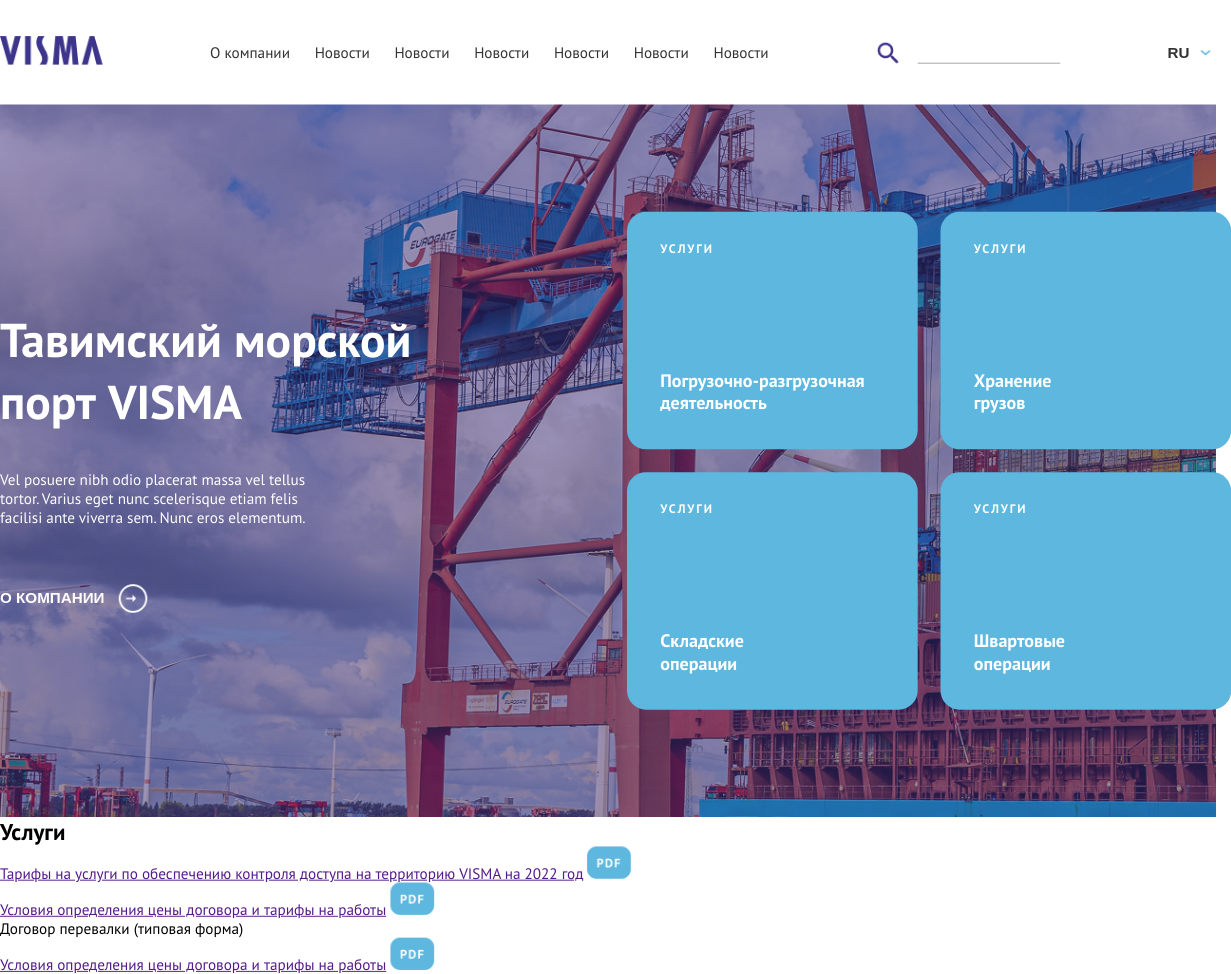
Repository: Shaiyr1/Visma
Page: index.html
These files come from the project's save history. The page is drawn as it stood at one moment and after the next save; the edit follows.
The browser window is 1280 px wide. The page is 1296 px wide, so the pictures cover 1296 px, including what lies to the right of the window. The pictures show the whole page, at 95% of full size.
The style sheet was rebuilt from its Sass, Less or Tailwind sources for each picture, by a compiler version that may differ from the author's.

Above is the page before, as saved 2026-09-16 14:24:04.

After the next save:
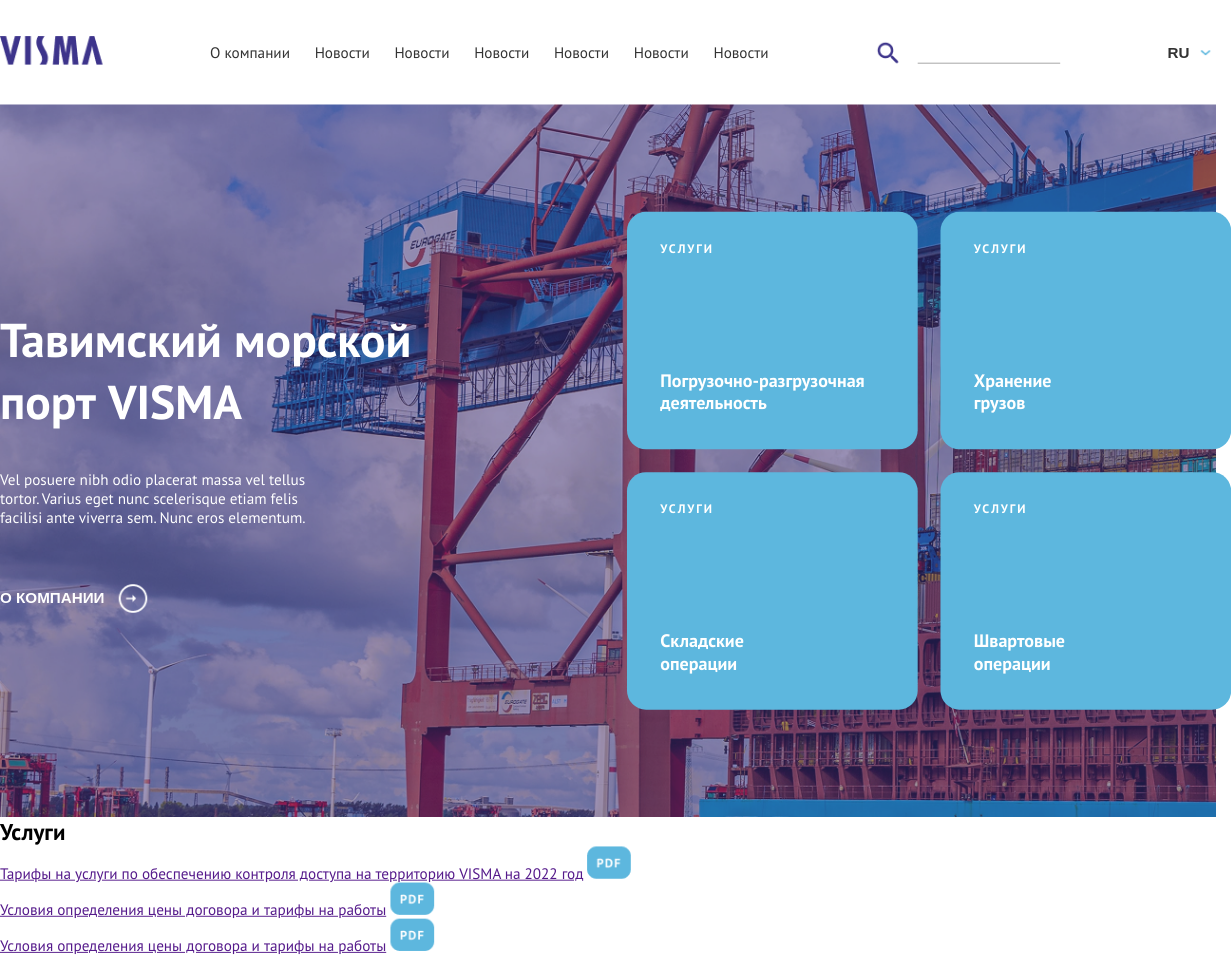
Saved 4 s later.
--- a/index.html
+++ b/index.html
@@ -100,7 +100,7 @@
                             <a class="services-block__li-link" href="">Условия определения цены договора и тарифы на работы</a>
                             <img src="./src/img/Frame 50.png" alt="images">
                         </li>
-                        Договор перевалки (типовая форма)
+
                         <li class="services-block__li">
                             <a class="services-block__li-link" href="">Условия определения цены договора и тарифы на работы</a>
                             <img src="./src/img/Frame 50.png" alt="images">
